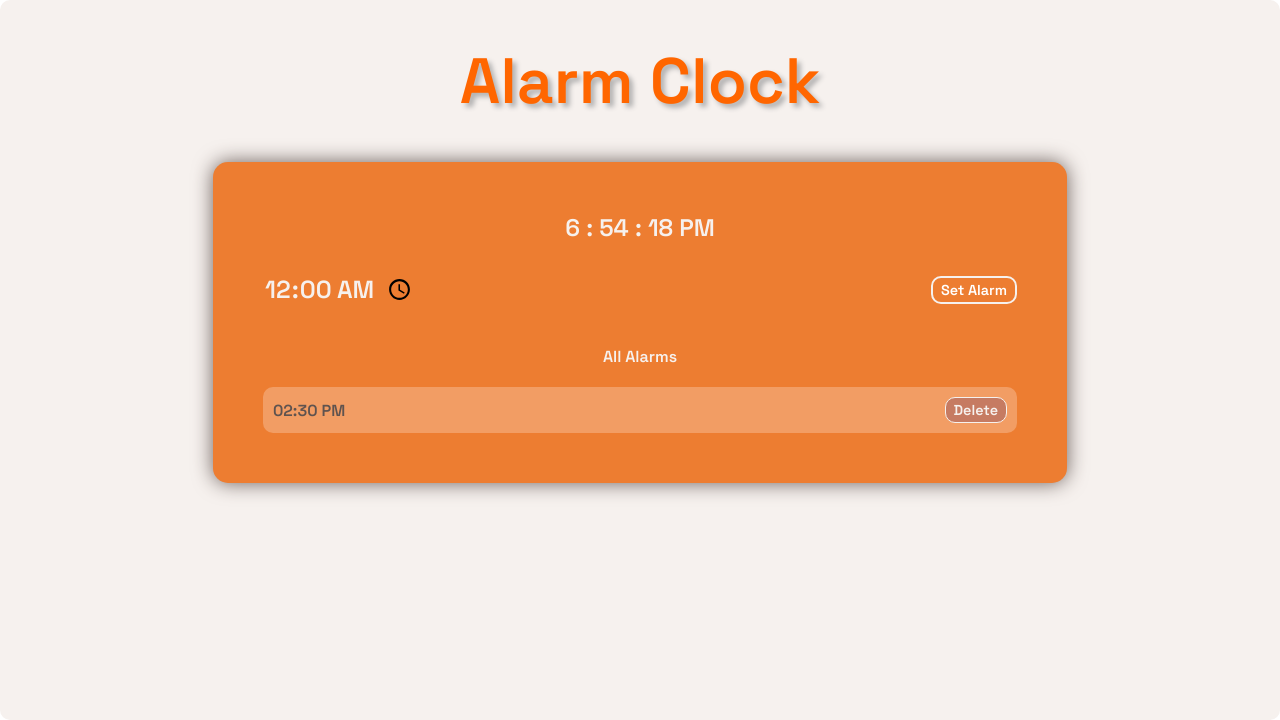
Repository: Pragya016/Alarm-Clock
Page: Index.html
An editor plug-in stored every save of this project. The page is shown before and after the next save, followed by the edit.
The browser window is 1280 px wide. The pictures show the whole page.

Above is the page before, as saved 2024-01-19 22:26:14.

### Index.html
<!DOCTYPE html>
<html lang="en">

<head>
    <meta charset="UTF-8">
    <meta name="viewport" content="width=device-width, initial-scale=1.0">
    <!-- css stylesheet -->
    <link rel="stylesheet" href="styles.css">

    <title>Alarm Clock</title>
</head>

<body>
    <div id="box">
        <h1>Alarm Clock</h1>
        <div class="container">

            <!-- showing the current time -->
            <div id="current-time">
                <h2 class="cur-time"></h2>
            </div>

            <!-- to set the alarm -->
            <div id="set-alarm">
                <h3>
                    <input type="time" class="set-time" value="00:00">
                </h3>
                <button type="button" id="set-alarm-btn">
                    Set Alarm
                </button>
            </div>

            <!-- list of alarms that are already been set -->
            <div id="all-alarms">
                <p class="heading"><b>All Alarms</b>
                </p>
                <div class="alarm">
                    <p class="preSetAlarmTime">
                        02:30 PM
                    </p>
                    <button type="button" class="dlt-alarm-btn">
                        Delete
                    </button>
                </div>
            </div>
        </div>
    </div>
    <!-- script -->
    <script src="clock.js"></script>
</body>

</html>

### styles.css
@import url('https://fonts.googleapis.com/css2?family=IBM+Plex+Mono:wght@700&family=Space+Grotesk:wght@600&display=swap');

/* default css styles */
:root {
    --creamColor : #F6F1EE;
    --orangeShadeDark : #ff6600;
    --OrangeColor : #ED7D31;
    --brownColor : #6C5F5B;
    --brownShadeDarker : #5f534f;
    --orangeShadeDarker : #ba4c28;
}

body, html{
    margin: 0;
    padding: 0;
}

*{
    box-sizing: border-box;
    margin: 0;
        font-family: 'IBM Plex Mono', monospace;
font-family: 'Space Grotesk', sans-serif;
}

/* main container */
#box{
    height: 100vh;
    padding: 30px;
    width: 100%;
    margin: auto;
    border-radius: 10px;
    background-color: var(--creamColor);
}

#box h1{
    color: var(--orangeShadeDark);
    text-align: center;
    margin-top: 10px;
    font: 900;
    font-size: 4rem;
    overflow: hidden;
    text-shadow: 4px 4px 5px rgb(179, 178, 178);
}

/* ----------------------------- */

.container {
    color: var(--creamColor);
    height: auto;
    width: 70%;
    overflow: scroll;
    margin: 40px auto 0;
    padding: 50px;
    font-family: Arial, Helvetica, sans-serif;
    display: flex;
    flex-direction: column;
    /* letter-spacing: 3px; */
    align-items: center;
    border-radius: 15px;
    background-color: var(--OrangeColor);
    box-shadow: 0px 0px 20px var(--brownColor);
}

/* ----------------------------- */
/* set alarm container */

#set-alarm {
    display: flex;
    justify-content: space-between;
    font-size: 1.1rem;
    width: 100%;
    margin: 30px auto 20px auto;
}

.set-time {
    border: none;
    background-color: #00000000;
    color: var(--creamColor);
}

.set-time{
    border: none;
    font-size: larger;
    font-weight: 600;
}

/* ----------------------------- */
/* all alarms container */

#all-alarms {
    margin-top: 20px;
    display: flex;
    justify-content: space-between;
    width: 100%;
    height: auto;
    flex-direction: column;
    align-items: center;
}

#all-alarms .heading {
    color: var(--creamColor);
}

.alarm{
    display: flex;
    justify-content: space-between;
    width: 100%;
    padding: 10px;
    background-color: rgba(255, 255, 255, 0.247);
    margin-top: 20px;align-items: center;
    border-radius: 10px;
}

.alarm .preSetAlarmTime {
    font-size: 1rem;
    color: var(--brownShadeDarker);
}

.dlt-alarm-btn{
    border: 1px solid var(--creamColor);;
    background-color: hsl(15, 47%, 58%);
    color: var(--creamColor);
}

.dlt-alarm-btn:hover {
    border-color:var(--orangeShadeDarker);
    background-color: #F6F1EE;
    color: var(--orangeShadeDarker);
}

/* ----------------------------- */

button {
    width: auto;
    margin: auto 0;
    border-radius: 10px;
    font: 600;
    font-size: 0.9rem;
    border: none;
     padding: 3px 8px;
    border: 2px solid #F6F1EE;;
    background-color: #ED7D31;
    cursor: pointer;
    color: white;
}

button:hover{
   color: #ce5300;
    background-color: var(--creamColor);
}

### clock.js

// selecting all the elements of html
const currentTime = document.querySelector('.cur-time');
const setNewAlarm = document.querySelector('.set-time');
const setNewAlarmBtn = document.querySelector('#set-alarm-btn');
const preSetAlarmTime = document.querySelector('.preSetAlarmTime');
const deleteBtn = document.querySelector('.dlt-alarm-btn');
const allAlarmsContainer = document.querySelector('#all-alarms');



// --------------------------------------------
// display the current time

function updateTime() {
    let currentDate = new Date();
    let hours = currentDate.getHours();
    let minutes = currentDate.getMinutes();
    let seconds = currentDate.getSeconds();

    // selecting am or pm
    var ampm = (hours >= 12) ? "PM" : "AM";

    // getting hours minutes and seconds
    hours = (hours < 10) ? "0" + hours : hours - 12;
    minutes = (minutes < 10) ? "0" + minutes : minutes;
    seconds = (seconds < 10) ? "0" + seconds : seconds;

    // setting the tet content to current time
    let currentTimeString = `${hours} : ${minutes} : ${seconds} ${ampm}`;
    currentTime.textContent = currentTimeString;
}

setInterval(updateTime, 1000);
updateTime();


// --------------------------------------------
// setting new alarm

setNewAlarmBtn.addEventListener('click', () => {
    // getting the input value
    const timeInput = setNewAlarm.value;
    let [hourVal, minVal] = timeInput.split(':');

        // console.log(minVal, hourVal)
        if (hourVal === '00') {
            hourVal = 12;
        }

        // html for newly created alarm
    const newAlarm = `
            <div class="alarm">
                <p class="preSetAlarmTime">
                    ${hourVal}:${minVal} ${hourVal >= 12 ? 'PM' : 'AM'}
                </p>
                <button type="button" class="dlt-alarm-btn">
                    Delete
                </button>
            </div>
        `;

        // inserting the html to the container
        setTimeout(() => {
            allAlarmsContainer.insertAdjacentHTML('beforeend', newAlarm);
            setNewAlarm.value = '00:00';
            startCountDown(hourVal, minVal);
        }, 300);

});

// --------------------------------------------
function startCountDown(hours, minutes) {
    // calculating seconds
    const totalMin = (hours * 60) + minutes;
    let totalSeconds = totalMin * 60;

    setTimeout(() => {
        alert('alarm ended!!')
    }, totalSeconds)
}


// --------------------------------------------
// deleting the alarm
allAlarmsContainer.addEventListener('click', (e) => {
    // checking if delete alarm btn is present or not
    if (e.target.classList.contains('dlt-alarm-btn')) {

        // finding the closest element
        const alarmElement = e.target.closest('.alarm');

        // deleting the alarm
        if (alarmElement) {
            setTimeout(() => {
                alarmElement.remove();
            }, 300);
        }
    }
});

After the next save:
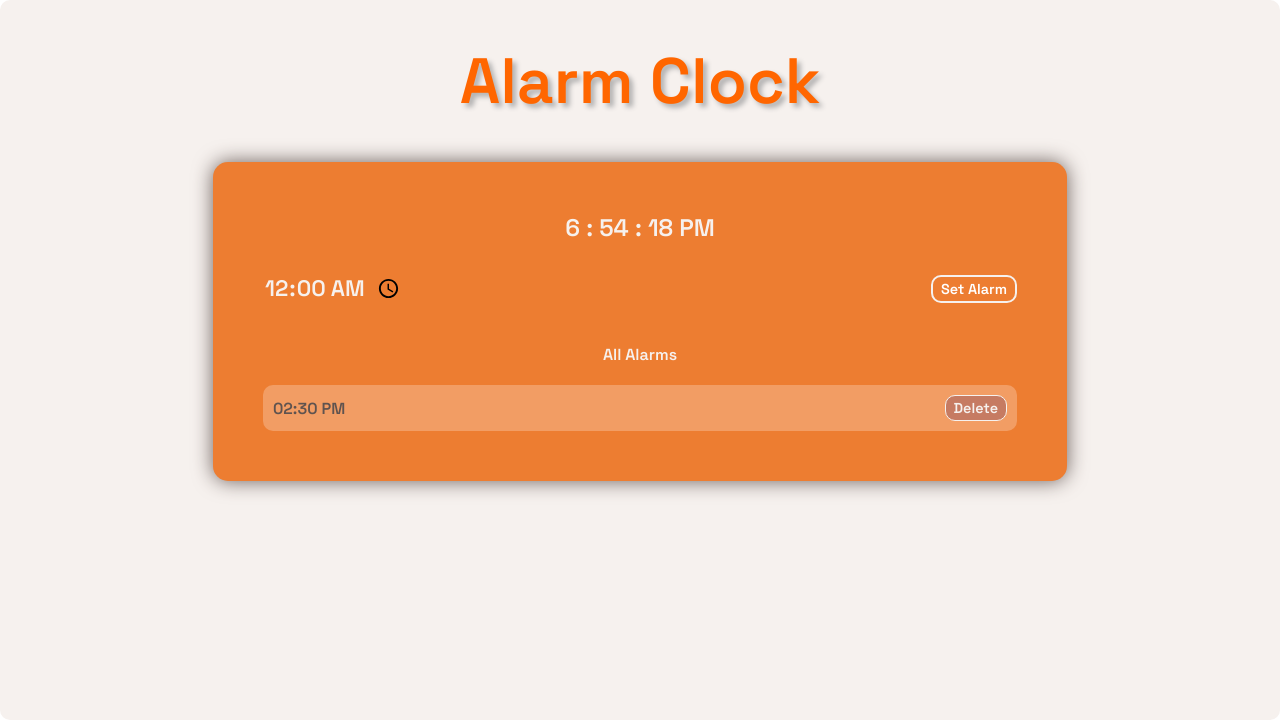
Saved 6 s later.
--- a/styles.css
+++ b/styles.css
@@ -67,7 +67,6 @@ font-family: 'Space Grotesk', sans-serif;
 #set-alarm {
     display: flex;
     justify-content: space-between;
-    font-size: 1.1rem;
     width: 100%;
     margin: 30px auto 20px auto;
 }
